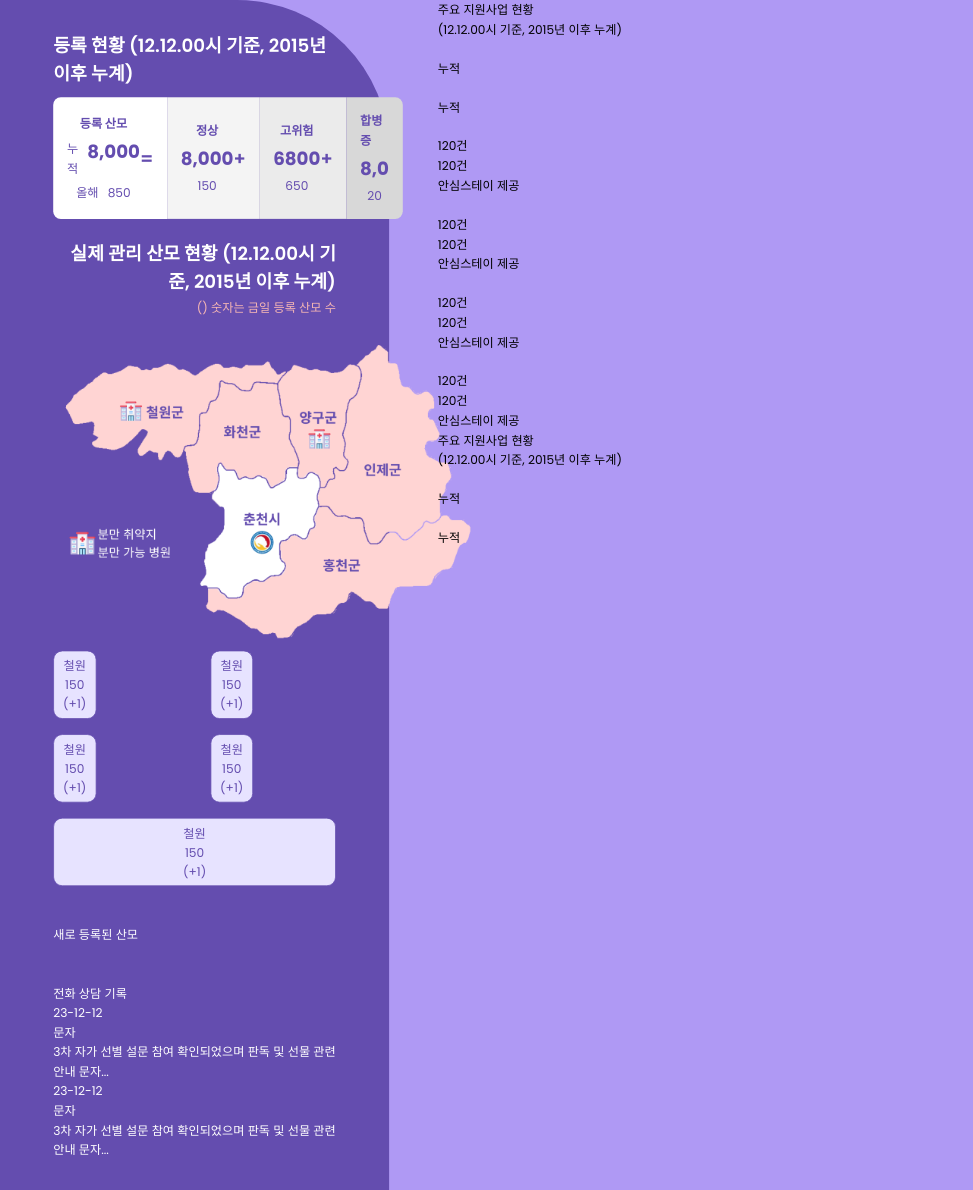
Repository: giapchicuong/Perganancy_Web
Page: index.html
These files come from the project's save history. The page is drawn as it stood at one moment and after the next save; the edit follows.
The browser window is 1280 px wide. The pictures show the whole page, at 76% of full size.

Above is the page before, as saved 2024-03-06 18:00:10.

### index.html
<!DOCTYPE html>
<html lang="en">

<head>
    <meta charset="UTF-8">
    <meta name="viewport" content="width=device-width, initial-scale=1.0">
    <title>Perganancy Web</title>
    <link rel="stylesheet" href="./assets/base.css">
    <link rel="stylesheet" href="./assets/style.css">
</head>

<body>
    <!-- .block -->
    <!-- .block__element -->
    <!-- .block__element--modifier -->
    <!-- card
    card__image
    card__description
    card__button--submit
    card__button--cancel -->
    <div class="app">
        <div class="main">
            <section class="advertising">
                <!-- ------------------------------------------------ -->
                <div class="advertising-left">
                    <!-- top -->
                    <div class="advertising-left--top">
                        <div class="advertising-left__title">등록 현황 (12.12.00시 기준, 2015년 이후 누계)</div>
                        <div class="advertising-left__item-list">
                            <div class="advertising-left__item advertising-left__item1">
                                <div class="advertising-left__item--signal">
                                    <div class="advertising-left__item--white">
                                        <div class="advertising-left__item-title">등록 산모</div>
                                        <div class="advertising-left__item-desc">
                                            <div class="advertising-left__item-desc-text">누적</div>
                                            <div class="advertising-left__item-desc-number">8,000</div>
                                        </div>
                                    </div>
                                    <div class="advertising-left__item-bottom">
                                        <div class="advertising-left__item-bottom-text">올해</div>
                                        <div class="advertising-left__item-bottom-number">850</div>
                                    </div>
                                </div>
                                <div class="calculation">=</div>
                            </div>
                            <div class="advertising-left__item advertising-left__item2">
                                <div class="advertising-left__item--signal">
                                    <div class="advertising-left__item--white">
                                        <div class="advertising-left__item-title">정상</div>
                                        <div class="advertising-left__item-desc">
                                            <div class="advertising-left__item-desc-number">8,000</div>
                                        </div>
                                    </div>
                                    <div class="advertising-left__item-bottom">
                                        <div class="advertising-left__item-bottom-number">150</div>
                                    </div>
                                </div>
                                <div class="calculation">+</div>
                            </div>
                            <div class="advertising-left__item advertising-left__item3">
                                <div class="advertising-left__item--signal">
                                    <div class="advertising-left__item--white">
                                        <div class="advertising-left__item-title">고위험</div>
                                        <div class="advertising-left__item-desc">
                                            <div class="advertising-left__item-desc-number">6800</div>
                                        </div>
                                    </div>
                                    <div class="advertising-left__item-bottom">
                                        <div class="advertising-left__item-bottom-number">650</div>
                                    </div>
                                </div>
                                <div class="calculation">+</div>
                            </div>
                            <div class="advertising-left__item advertising-left__item4">
                                <div class="advertising-left__item--signal">
                                    <div class="advertising-left__item--white">
                                        <div class="advertising-left__item-title">합병증</div>
                                        <div class="advertising-left__item-desc">
                                            <div class="advertising-left__item-desc-number">8,0</div>
                                        </div>
                                    </div>
                                    <div class="advertising-left__item-bottom">
                                        <div class="advertising-left__item-bottom-number">20</div>
                                    </div>
                                </div>
                            </div>
                        </div>
                    </div>
                    <!-- text -->
                    <div class="advertising-left__title--text">
                        <div class="advertising-left__title">실제 관리 산모 현황 (12.12.00시 기준, 2015년 이후 누계)</div>
                        <div class="advertising-left__desc">() 숫자는 금일 등록 산모 수</div>
                    </div>
                    <!-- center image -->
                    <div class="advertising-left__map">
                        <img src="./assets/image/left/Gangwon-do Map 1.png" alt="Map"
                            class="advertising-left__map-image">
                        <div class="advertising-left__map-image--card">
                            <div class="advertising-left__map-item-list-top">
                                <div class="advertising-left__map-item">
                                    <div class="advertising-left__map-item-title">철원</div>
                                    <div class="advertising-left__map-item-number">150</div>
                                    <div class="advertising-left__map-item-desc">(+1)</div>
                                </div>
                                <div class="advertising-left__map-item">
                                    <div class="advertising-left__map-item-title">철원</div>
                                    <div class="advertising-left__map-item-number">150</div>
                                    <div class="advertising-left__map-item-desc">(+1)</div>
                                </div>
                            </div>
                            <div class="advertising-left__map-item-list-center">
                                <div class="advertising-left__map-item">
                                    <div class="advertising-left__map-item-title">철원</div>
                                    <div class="advertising-left__map-item-number">150</div>
                                    <div class="advertising-left__map-item-desc">(+1)</div>
                                </div>
                                <div class="advertising-left__map-item">
                                    <div class="advertising-left__map-item-title">철원</div>
                                    <div class="advertising-left__map-item-number">150</div>
                                    <div class="advertising-left__map-item-desc">(+1)</div>
                                </div>
                            </div>
                            <div class="advertising-left__map-item-list-botom">
                                <div class="advertising-left__map-item">
                                    <div class="advertising-left__map-item-title">철원</div>
                                    <div class="advertising-left__map-item-number">150</div>
                                    <div class="advertising-left__map-item-desc">(+1)</div>
                                </div>
                            </div>
                        </div>
                    </div>
                    <!--새로 등록된 산모  -->
                    <div class="advertising-left__box">
                        <div class="advertising-left__box-title">
                            <img src="" alt="" class="advertising-left__box-title-icon">
                            <div class="advertising-left__box-title-text">새로 등록된 산모</div>
                        </div>
                        <div class="advertising-left__box-message-list">
                            <div class="advertising-left__box-message-item">
                                <div class="advertising-left__box-message-item-date"></div>
                                <div class="advertising-left__box-message-item-text"></div>
                            </div>
                        </div>
                    </div>
                    <!-- 전화 상담 기록 -->
                    <div class="advertising-left__box">
                        <div class="advertising-left__box-title">
                            <img src="" alt="" class="advertising-left__box-title-icon">
                            <div class="advertising-left__box-title-text">전화 상담 기록</div>
                        </div>
                        <div class="advertising-left__box-message-list">
                            <div class="advertising-left__box-message-item">
                                <div class="advertising-left__box-message-item-date">23-12-12</div>
                                <div class="advertising-left__box-message-item-name">문자</div>
                                <div class="advertising-left__box-message-item-text">3차 자가 선별 설문 참여 확인되었으며 판독 및 선물 관련 안내
                                    문자...</div>
                            </div>
                            <div class="advertising-left__box-message-item">
                                <div class="advertising-left__box-message-item-date">23-12-12</div>
                                <div class="advertising-left__box-message-item-name">문자</div>
                                <div class="advertising-left__box-message-item-text">3차 자가 선별 설문 참여 확인되었으며 판독 및 선물 관련 안내
                                    문자...</div>
                            </div>
                        </div>
                    </div>
                </div>
                <!-- ------------------------------------------------ -->
                <div class="advertising-right">
                    <div class="advertising-right-item">
                        <div class="advertising-right-item-top">
                            <div class="advertising-right-item-top-left">
                                <div class="advertising-right-item-top__title">주요 지원사업 현황</div>
                                <div class="advertising-right-item-top__desc">(12.12.00시 기준, 2015년 이후 누계)</div>
                            </div>
                            <div class="advertising-right-item-top-right">
                                <div class="advertising-right-item-top-item">
                                    <img src="" alt="" class="advertising-right-item-top-item__icon">
                                    <div class="advertising-right-item-top-item__text">누적</div>
                                </div>
                                <div class="advertising-right-item-top-item">
                                    <img src="" alt="" class="advertising-right-item-top-item__icon">
                                    <div class="advertising-right-item-top-item__text">누적</div>
                                </div>
                            </div>
                        </div>
                        <div class="advertising-right-item-card-list">
                            <div class="advertising-right-item-card">
                                <div class="advertising-right-item-card-provide">
                                    <img src="" alt="" class="advertising-right-item-card__image">
                                    <div class="advertising-right-item-card__image-number">
                                        <div class="advertising-right-item-card__image-number-large">120건</div>
                                        <div class="advertising-right-item-card__image-number-small">120건</div>
                                    </div>
                                </div>
                                <div class="advertising-right-item-card-content">안심스테이 제공</div>
                            </div>
                            <div class="advertising-right-item-card">
                                <div class="advertising-right-item-card-provide">
                                    <img src="" alt="" class="advertising-right-item-card__image">
                                    <div class="advertising-right-item-card__image-number">
                                        <div class="advertising-right-item-card__image-number-large">120건</div>
                                        <div class="advertising-right-item-card__image-number-small">120건</div>
                                    </div>
                                </div>
                                <div class="advertising-right-item-card-content">안심스테이 제공</div>
                            </div>
                            <div class="advertising-right-item-card">
                                <div class="advertising-right-item-card-provide">
                                    <img src="" alt="" class="advertising-right-item-card__image">
                                    <div class="advertising-right-item-card__image-number">
                                        <div class="advertising-right-item-card__image-number-large">120건</div>
                                        <div class="advertising-right-item-card__image-number-small">120건</div>
                                    </div>
                                </div>
                                <div class="advertising-right-item-card-content">안심스테이 제공</div>
                            </div>
                            <div class="advertising-right-item-card">
                                <div class="advertising-right-item-card-provide">
                                    <img src="" alt="" class="advertising-right-item-card__image">
                                    <div class="advertising-right-item-card__image-number">
                                        <div class="advertising-right-item-card__image-number-large">120건</div>
                                        <div class="advertising-right-item-card__image-number-small">120건</div>
                                    </div>
                                </div>
                                <div class="advertising-right-item-card-content">안심스테이 제공</div>
                            </div>
                        </div>
                    </div>
                    <div class="advertising-right-item">
                        <div class="advertising-right-item-top">
                            <div class="advertising-right-item-top-left">
                                <div class="advertising-right-item-top__title">주요 지원사업 현황</div>
                                <div class="advertising-right-item-top__desc">(12.12.00시 기준, 2015년 이후 누계)</div>
                            </div>
                            <div class="advertising-right-item-top-right">
                                <div class="advertising-right-item-top-item">
                                    <img src="" alt="" class="advertising-right-item-top-item__icon">
                                    <div class="advertising-right-item-top-item__text">누적</div>
                                </div>
                                <div class="advertising-right-item-top-item">
                                    <img src="" alt="" class="advertising-right-item-top-item__icon">
                                    <div class="advertising-right-item-top-item__text">누적</div>
                                </div>
                            </div>
                        </div>
                        <div class="advertising-right-item__btn-list">
                            <div class="advertising-right-item__btn-item">
                                <div class="advertising-right-item__btn">
                                    <img src="" alt="" class="advertising-right-item__btn-icon" />
                                    <div class="advertising-right-item__btn-text"></div>
                                    <div class="advertising-right-item__btn-notification"></div>
                                </div>
                                <div class="advertising-right-item__btn-content"></div>
                            </div>
                            <div class="advertising-right-item__btn-item">
                                <div class="advertising-right-item__btn">
                                    <img src="" alt="" class="advertising-right-item__btn-icon" />
                                    <div class="advertising-right-item__btn-text"></div>
                                    <div class="advertising-right-item__btn-notification"></div>
                                </div>
                                <div class="advertising-right-item__btn-content"></div>
                            </div>
                            <div class="advertising-right-item__btn-item">
                                <div class="advertising-right-item__btn">
                                    <img src="" alt="" class="advertising-right-item__btn-icon" />
                                    <div class="advertising-right-item__btn-text"></div>
                                    <div class="advertising-right-item__btn-notification"></div>
                                </div>
                                <div class="advertising-right-item__btn-content"></div>
                            </div>
                            <div class="advertising-right-item__btn-item">
                                <div class="advertising-right-item__btn">
                                    <img src="" alt="" class="advertising-right-item__btn-icon" />
                                    <div class="advertising-right-item__btn-text"></div>
                                    <div class="advertising-right-item__btn-notification"></div>
                                </div>
                                <div class="advertising-right-item__btn-content"></div>
                            </div>
                        </div>
                    </div>
                    <div class="advertising-right-item">
                        <div class="advertising-right-item-left">
                            <div class="advertising-right-item-left-text">
                                <div class="advertising-right-item-left__title"></div>
                                <div class="advertising-right-item-desc"></div>
                            </div>
                            <div class="advertising-right-item-number"></div>
                        </div>
                        <div class="advertising-right-item-right">

                        </div>
                    </div>
                    <div class="advertising-right-item">
                        <div class="advertising-right-item-message-list">
                            <div class="advertising-right-item-message-item">
                                <div class="advertising-right-item-message-text">
                                    <div class="advertising-right-item-message__title"></div>
                                    <div class="advertising-right-item-message__desc"></div>
                                </div>
                                <div class="advertising-right-item-message-number">
                                    <div class="advertising-right-item-message-number-icon"></div>
                                    <div class="advertising-right-item-message-number-text"></div>
                                    <div class="advertising-right-item-message-number-case"></div>
                                </div>
                            </div>
                            <div class="advertising-right-item-message-item">
                                <div class="advertising-right-item-message-text">
                                    <div class="advertising-right-item-message__title"></div>
                                    <div class="advertising-right-item-message__desc"></div>
                                </div>
                                <div class="advertising-right-item-message-number">
                                    <div class="advertising-right-item-message-number-icon"></div>
                                    <div class="advertising-right-item-message-number-text"></div>
                                    <div class="advertising-right-item-message-number-case"></div>
                                </div>
                            </div>
                        </div>
                    </div>
                </div>
            </section>
        </div>
    </div>
</body>

</html>

### assets/style.css
.advertising {
    display: flex;
    gap: 0% 5%;

}
.main {
    background-color: var(--secondary);
    height: 100%;
    background-size: cover;
}
.advertising-left {
    width: 40%;
    background-color: var(--primary);
    border-top-right-radius: 200px 200px;
    color: var(--white);
    padding: 40px 70px;
    display: flex;
    flex-direction: column;
    gap: 26px;
}
.advertising-left--top{
    display: flex;
    flex-direction: column;
    gap: 14px;
}
.advertising-left__title, .calculation{
    font-size: 24px;
    font-weight: 600;
}
.advertising-left__item-list{
    display: flex;
    width: 100%;
}
.advertising-left__item {
    display: flex;
    justify-content: center;
    align-items: center;
    color: var(--primary);
    padding: 18px;
}
.advertising-left__item1{
    flex-grow: 2;
    background-color: var(--white);
    border-top-left-radius: 10px;
    border-bottom-left-radius: 10px;
}
.advertising-left__item2, .advertising-left__item3, .advertising-left__item4 {
    flex-grow: 1;
}
.advertising-left__item2 {
    background-color: var(--gray3);
}
.advertising-left__item3 {
    background-color: var(--gray2);
}
.advertising-left__item4 {
    background-color: var(--gray);
    border-top-right-radius: 10px;
    border-bottom-right-radius: 10px;
}
.advertising-left__item--signal{
    display: flex;
    gap: 6px;
    flex-direction: column;
    justify-content: center;
    align-items: center;
}
.advertising-left__item--white{
    display: flex;
    gap: 6px 0px;
    flex-direction: column;
    justify-content: center;
    align-items: center;
}
.advertising-left__item-title{
    font-weight: bold;
    font-size: 16px;
}
.advertising-left__item-desc{
    display: flex;
    gap: 12px;
}
.advertising-left__item-desc-number{
    font-size: 24px;
    font-weight: bold;
}
.advertising-left__item-bottom{
    display: flex;
    align-items: center;
    gap: 12px;
}
.calculation{
}


/* text */
.advertising-left__title--text{
    text-align: right;
}
.advertising-left__desc{
    color: var(--textPink);
    padding-top: 3px;
}

/* center image */
.advertising-left__map{
    justify-content: center;
    align-items: center;
}
.advertising-left__map-image{
    width: 571px;
    height: 406px;
    flex-shrink: 0;
}
.advertising-left__map-image--card{
    display: flex;
    flex-direction: column;
    gap: 20px;

}
.advertising-left__map-item-list-top, .advertising-left__map-item-list-center, .advertising-left__map-item-list-bottom{
    display: flex;
    gap: 150px;
}
.advertising-left__map-item {
    display: flex;
    flex-direction: column;
    justify-content: center;
    align-items: center;
    padding: 6px 12px;
    background-color: var(--purple);
    color: var(--primary);
    border: 1px solid var(--primary);
    border-radius: 12px;
}

Loaded but not shown: assets/base.css (28 lines, source omitted)

After the next save:
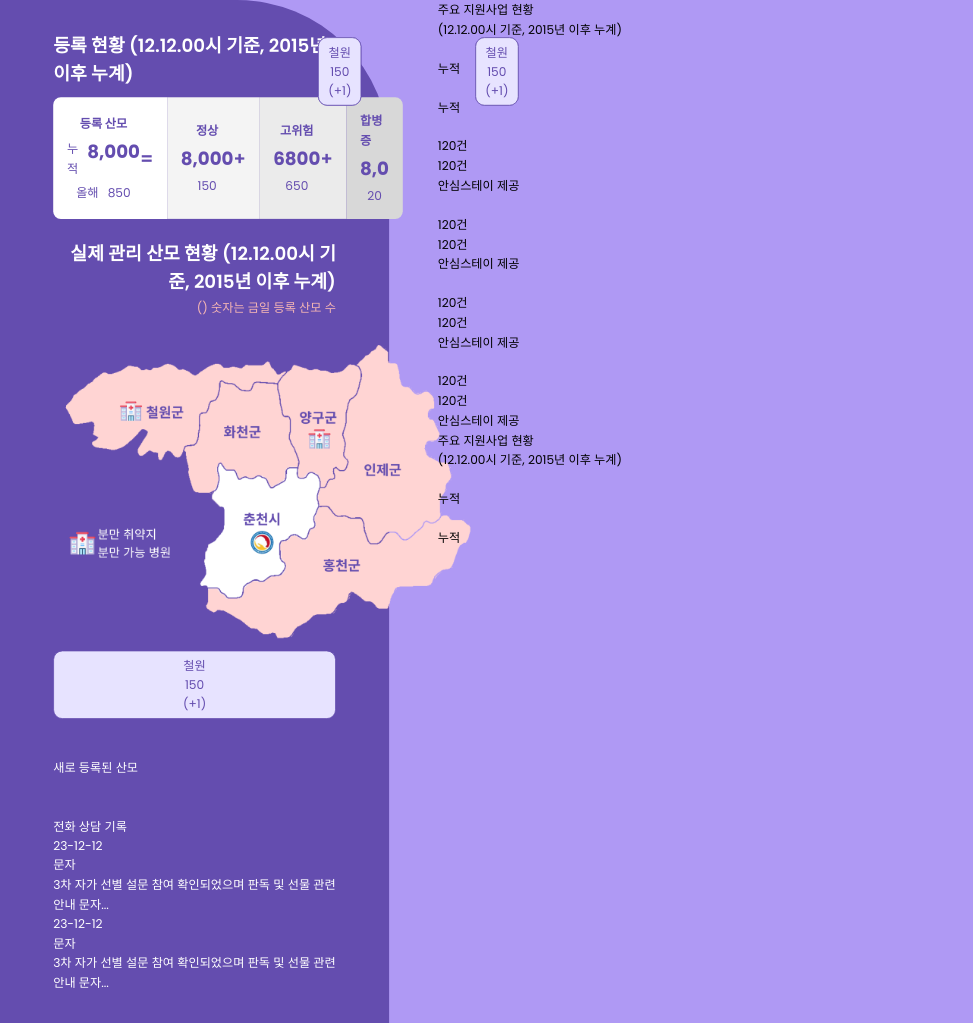
Saved 60 s later.
--- a/assets/style.css
+++ b/assets/style.css
@@ -121,6 +121,11 @@
 .advertising-left__map-item-list-top, .advertising-left__map-item-list-center, .advertising-left__map-item-list-bottom{
     display: flex;
     gap: 150px;
+    justify-content: space-between;
+    position: absolute;
+    top: 13%;
+    left: 43%;
+    transform: translate(-50%, -50%);
 }
 .advertising-left__map-item {
     display: flex;
